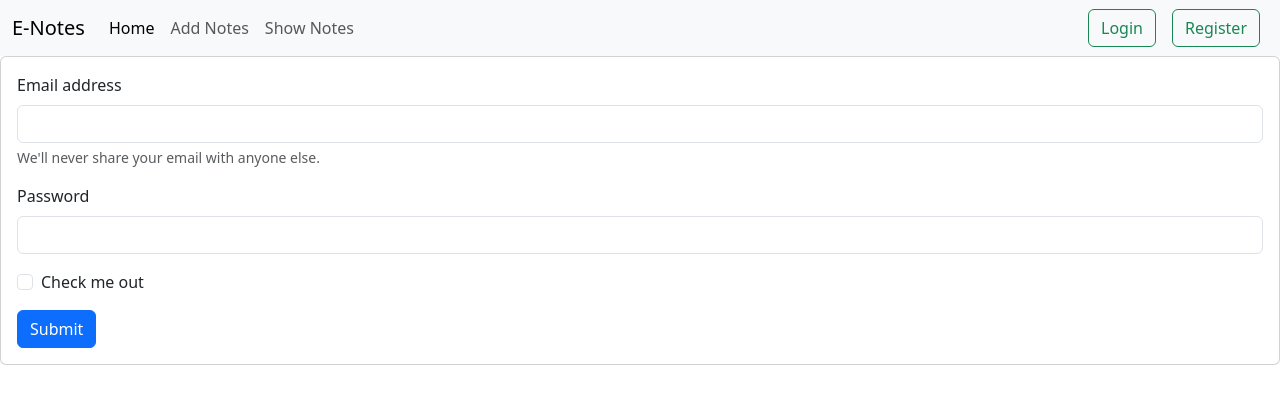
Repository: SandeepSharma2002/JavaProjects
Page: http://localhost/ENotes/LoginPage.jsp
These files come from the project's save history. The page is drawn as it stood at one moment and after the next save; the edit follows.
The browser window is 1280 px wide. The pictures show the whole page.
The page is served by Tomcat 9. Other server files are loaded and not shown.

Above is the page before, as saved 2023-10-23 19:57:57.

### ENotes/src/main/webapp/LoginPage.jsp
<%@ page language="java" contentType="text/html; charset=ISO-8859-1"
	pageEncoding="ISO-8859-1"%>
<!DOCTYPE html>
<html>
<head>
<meta charset="ISO-8859-1">
<title>Login Page</title>
<%@ include file="Components/allcss.jsp"%>
</head>
<body>
	<%@include file="Components/Navbar.jsp"%>
	<div class="card w-md">
		<div class="card-body">
			<form>
				<div class="mb-3">
					<label for="exampleInputEmail1" class="form-label">Email
						address</label> <input type="email" class="form-control"
						id="exampleInputEmail1" aria-describedby="emailHelp">
					<div id="emailHelp" class="form-text">We'll never share your
						email with anyone else.</div>
				</div>
				<div class="mb-3">
					<label for="exampleInputPassword1" class="form-label">Password</label>
					<input type="password" class="form-control"
						id="exampleInputPassword1">
				</div>
				<div class="mb-3 form-check">
					<input type="checkbox" class="form-check-input" id="exampleCheck1">
					<label class="form-check-label" for="exampleCheck1">Check
						me out</label>
				</div>
				<button type="submit" class="btn btn-primary">Submit</button>
			</form>
		</div>
	</div>
</body>
</html>

### ENotes/src/main/webapp/Components/allcss.jsp
<link ref="stylesheet" href="Style/Style.css" />

<link
	href="https://cdn.jsdelivr.net/npm/bootstrap@5.3.2/dist/css/bootstrap.min.css"
	rel="stylesheet"
	integrity="sha384-T3c6CoIi6uLrA9TneNEoa7RxnatzjcDSCmG1MXxSR1GAsXEV/Dwwykc2MPK8M2HN"
	crossorigin="anonymous">

<link rel="stylesheet"
	href="https://cdnjs.cloudflare.com/ajax/libs/font-awesome/6.4.2/css/all.min.css"
	integrity="sha512-z3gLpd7yknf1YoNbCzqRKc4qyor8gaKU1qmn+CShxbuBusANI9QpRohGBreCFkKxLhei6S9CQXFEbbKuqLg0DA=="
	crossorigin="anonymous" referrerpolicy="no-referrer" />


<script
	src="https://cdn.jsdelivr.net/npm/bootstrap@5.3.2/dist/js/bootstrap.bundle.min.js"
	integrity="sha384-C6RzsynM9kWDrMNeT87bh95OGNyZPhcTNXj1NW7RuBCsyN/o0jlpcV8Qyq46cDfL"
	crossorigin="anonymous"></script>

### ENotes/src/main/webapp/Components/Navbar.jsp
<nav class="navbar navbar-expand-lg navbar-light bg-light">
  <div class="container-fluid">
    <a class="navbar-brand" href="index.jsp">E-Notes</a>
    <button class="navbar-toggler" type="button" data-bs-toggle="collapse" data-bs-target="#navbarSupportedContent" aria-controls="navbarSupportedContent" aria-expanded="false" aria-label="Toggle navigation">
      <span class="navbar-toggler-icon"></span>
    </button>
    <div class="collapse navbar-collapse" id="navbarSupportedContent">
      <ul class="navbar-nav me-auto mb-2 mb-lg-0">
        <li class="nav-item">
          <a class="nav-link active" aria-current="page" href="#">Home</a>
        </li>
        <li class="nav-item">
          <a class="nav-link" href="#">Add Notes</a>
        </li>
        <li class="nav-item">
          <a class="nav-link" href="#">Show Notes</a>
        </li>
      </ul>
      <form class="d-flex">
        <a href = "LoginPage.jsp" class = "btn btn-outline-success my-2 my-sm-0 mx-sm-2" type = "submit">Login</a>
        <a href = "RegisterPage.jsp" class = "btn btn-outline-success my-2 my-sm-0 mx-sm-2" type = "submit">Register</a>
      </form>
    </div>
  </div>
</nav>

After the next save:
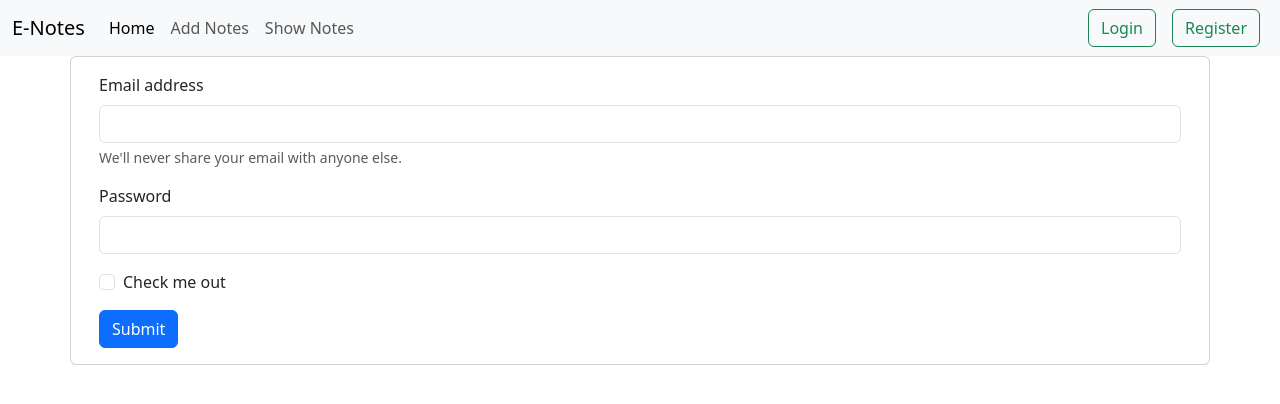
Saved 19 s later.
--- a/ENotes/src/main/webapp/LoginPage.jsp
+++ b/ENotes/src/main/webapp/LoginPage.jsp
@@ -9,7 +9,7 @@
 </head>
 <body>
 	<%@include file="Components/Navbar.jsp"%>
-	<div class="card w-md">
+	<div class="card container">
 		<div class="card-body">
 			<form>
 				<div class="mb-3">
